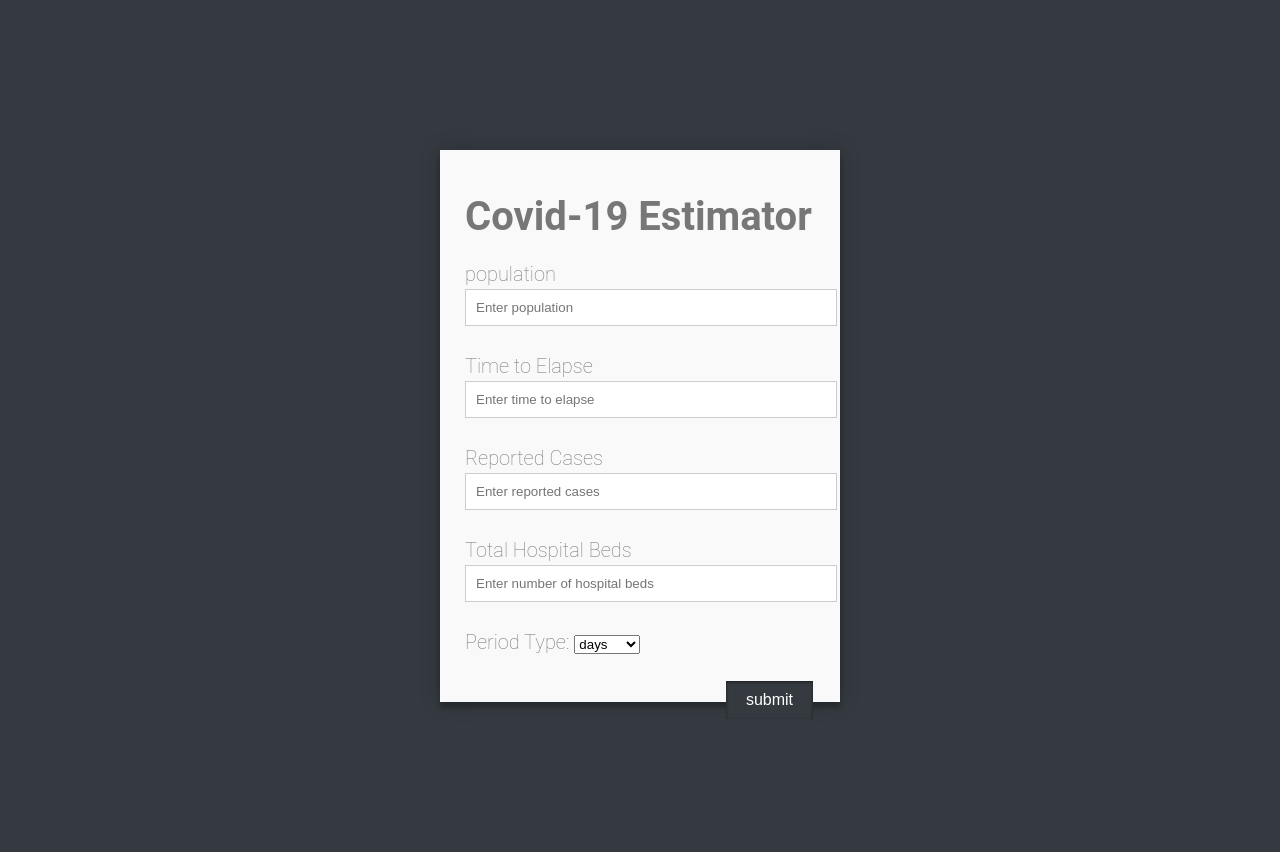
Repository: AbonyiXavier/FrontendUI--challenge-4
Page: index.html
An editor plug-in stored every save of this project. The page is shown before and after the next save, followed by the edit.
The browser window is 1280 px wide. The pictures show the whole page.

Above is the page before, as saved 2020-04-11 20:02:49.

After the next save:
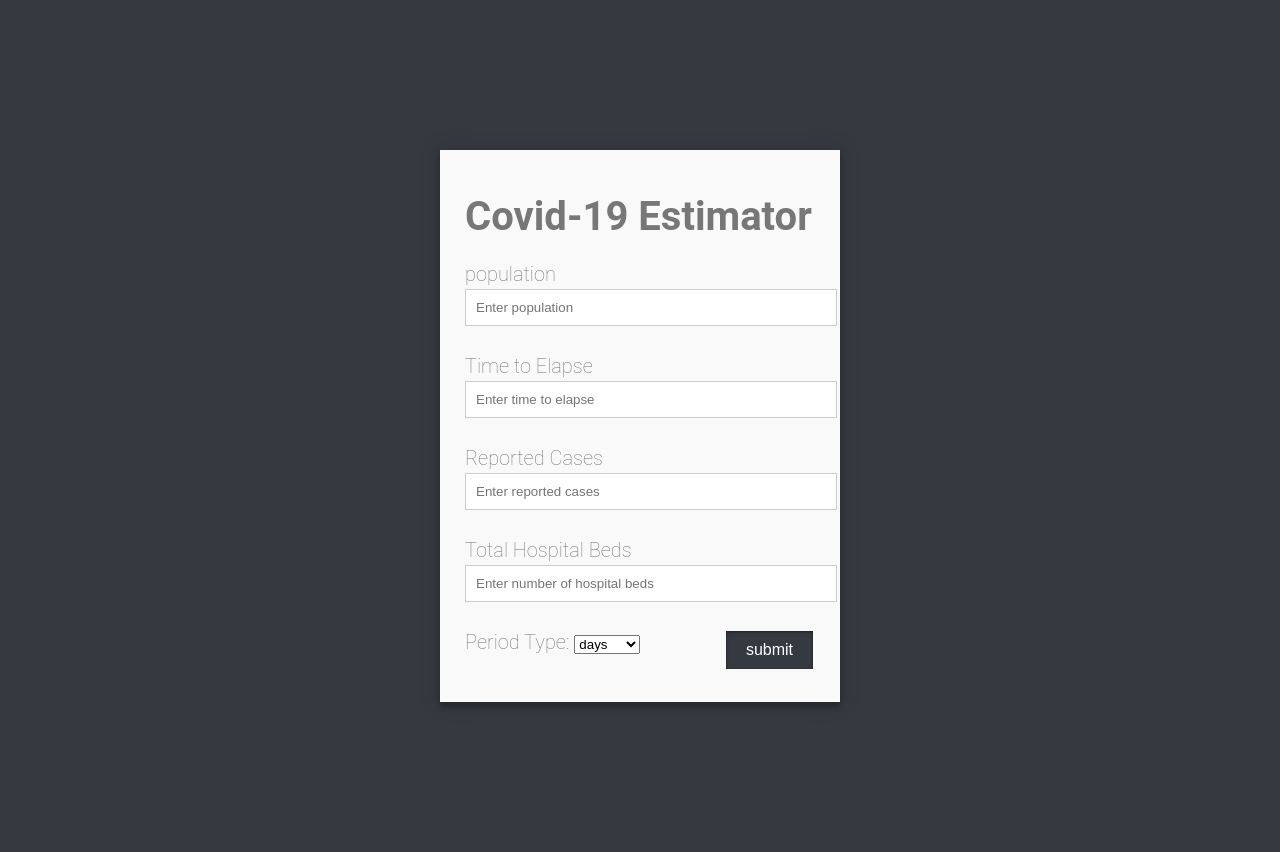
Saved 20 s later.
--- a/index.html
+++ b/index.html
@@ -66,11 +66,10 @@
             <option value="weeks">weeks</option>
             <option value="months">months</option>
           </select>
+          <button name="submit" type="submit" id="submit" data-go-estimate>
+            submit
+          </button>
         </p>
-
-        <button name="submit" type="submit" id="submit" data-go-estimate>
-          submit
-        </button>
       </form>
     </div>
     <!-- <script src="./js/jquery.js"></script>
